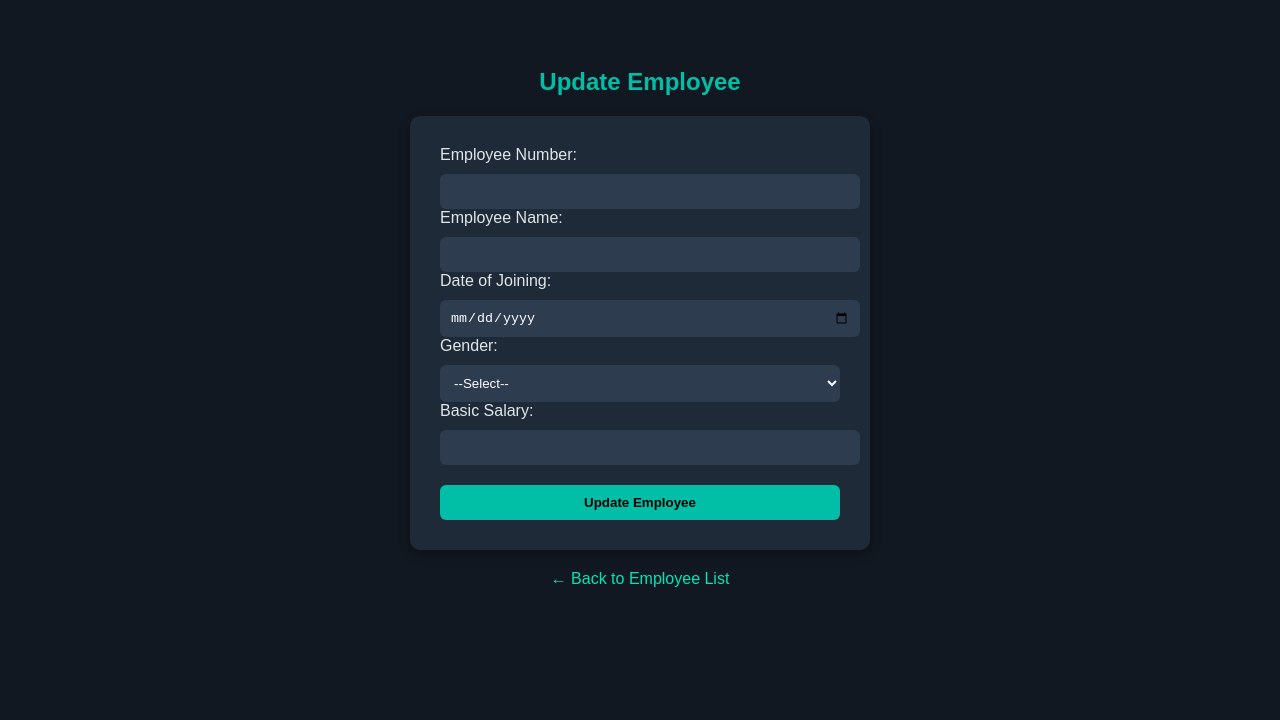
Repository: KUSUMA-74/Advance-JavaProject
Page: http://localhost/EmployeeWebApp/empupdate.jsp
The author's editor kept a copy of each file at every save. The page is drawn from the files as they stood at one save, then again after the next save.
The browser window is 1280 px wide. The pictures show the whole page.
The page is served by Tomcat 9. Other server files are loaded and not shown.

Above is the page before, as saved 2025-05-30 15:08:49.

### EmployeeWebApp/src/main/webapp/empupdate.jsp
<%@ page contentType="text/html;charset=UTF-8" language="java" %>
<!DOCTYPE html>
<html>
<head>
    <title>Update Employee</title>
    <style>
        body {
            background-color: #121821;
            color: #e0e6e9;
            font-family: Arial, sans-serif;
            padding: 40px;
            display: flex;
            flex-direction: column;
            align-items: center;
        }
        h2 {
            color: #00bfa6;
        }
        form {
            background-color: #1e2a38;
            padding: 30px;
            border-radius: 10px;
            box-shadow: 0 4px 12px rgba(0,0,0,0.3);
            width: 400px;
        }
        input, select {
            width: 100%;
            padding: 10px;
            margin-top: 10px;
            border: none;
            border-radius: 6px;
            background-color: #2e3c50;
            color: white;
        }
        input[type=submit] {
            background-color: #00bfa6;
            color: black;
            font-weight: bold;
            margin-top: 20px;
            cursor: pointer;
        }
        a {
            margin-top: 20px;
            color: #00e6b8;
            text-decoration: none;
        }
        p {
            margin-top: 20px;
        }
    </style>
</head>
<body>
    <h2>Update Employee</h2>

    <form action="UpdateEmployeeServlet" method="post">
        <label>Employee Number:</label>
        <input type="number" name="empno" required />

        <label>Employee Name:</label>
        <input type="text" name="empname" required />

        <label>Date of Joining:</label>
        <input type="date" name="doj" required />

        <label>Gender:</label>
        <select name="gender" required>
            <option value="">--Select--</option>
            <option value="Male">Male</option>
            <option value="Female">Female</option>
        </select>

        <label>Basic Salary:</label>
        <input type="number" step="0.01" name="bsalary" required />

        <input type="submit" value="Update Employee" />
    </form>

    <a href="empdisplay.jsp">← Back to Employee List</a>

    <%
        String message = request.getParameter("message");
        String error = request.getParameter("error");
        if (message != null) {
    %>
        <p style="color:#00e676;"><%= message %></p>
    <%
        } else if (error != null) {
    %>
        <p style="color:#ff5252;"><%= error %></p>
    <%
        }
    %>
</body>
</html>

After the next save:
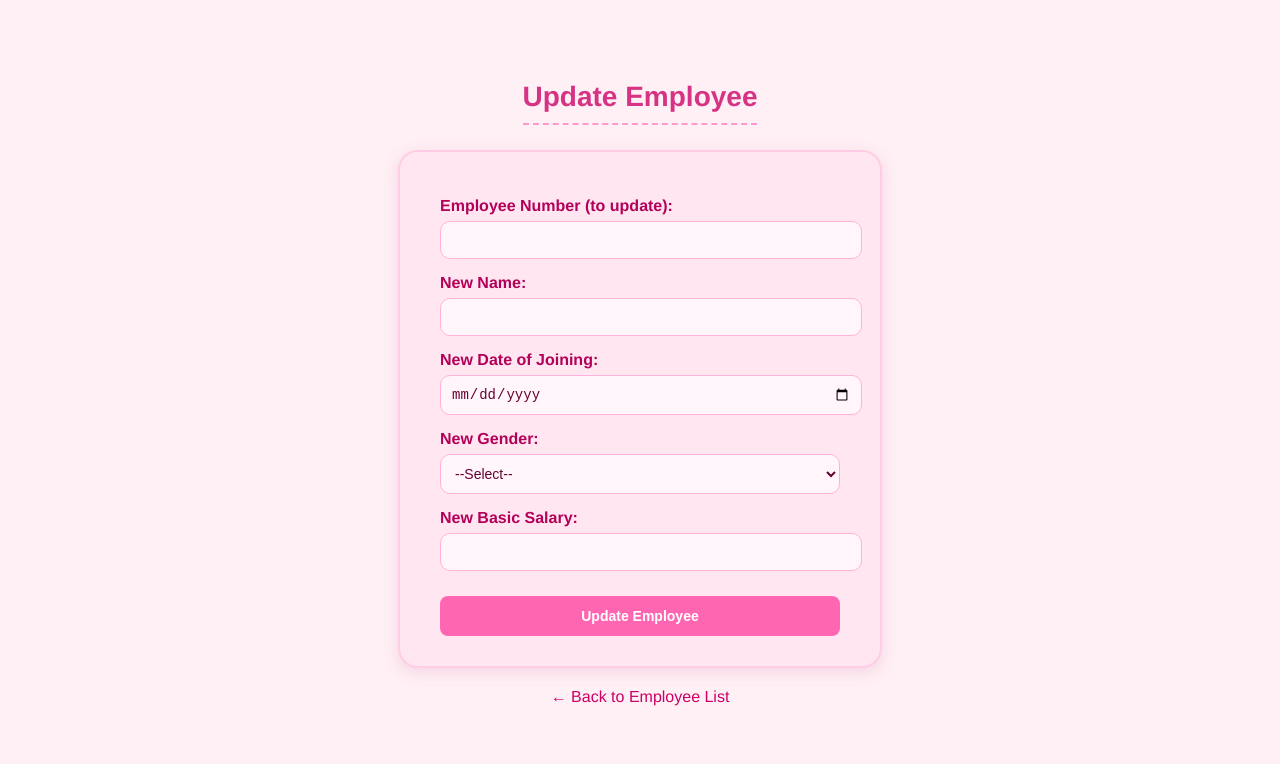
Saved 79 s later.
--- a/EmployeeWebApp/src/main/webapp/empupdate.jsp
+++ b/EmployeeWebApp/src/main/webapp/empupdate.jsp
@@ -5,47 +5,89 @@
     <title>Update Employee</title>
     <style>
         body {
-            background-color: #121821;
-            color: #e0e6e9;
-            font-family: Arial, sans-serif;
-            padding: 40px;
+            background-color: #fff0f5;
+            font-family: 'Helvetica Neue', Helvetica, Arial, sans-serif;
+            color: #4a004a;
             display: flex;
             flex-direction: column;
             align-items: center;
+            padding: 50px;
         }
+
         h2 {
-            color: #00bfa6;
+            color: #d63384;
+            margin-bottom: 25px;
+            font-size: 28px;
+            border-bottom: 2px dashed #ff99cc;
+            padding-bottom: 10px;
         }
+
         form {
-            background-color: #1e2a38;
-            padding: 30px;
-            border-radius: 10px;
-            box-shadow: 0 4px 12px rgba(0,0,0,0.3);
+            background-color: #ffe6f0;
+            border: 2px solid #ffcce6;
+            padding: 30px 40px;
+            border-radius: 20px;
+            box-shadow: 0 4px 15px rgba(200, 100, 150, 0.2);
             width: 400px;
         }
+
+        label {
+            display: block;
+            margin-top: 15px;
+            font-weight: bold;
+            color: #b30059;
+        }
+
         input, select {
             width: 100%;
             padding: 10px;
-            margin-top: 10px;
+            margin-top: 6px;
+            border: 1px solid #ffb3d9;
+            border-radius: 10px;
+            background-color: #fff5fa;
+            font-size: 14px;
+            color: #660033;
+        }
+
+        input[type=submit] {
+            margin-top: 25px;
+            background-color: #ff66b2;
+            color: white;
+            font-weight: bold;
             border: none;
-            border-radius: 6px;
-            background-color: #2e3c50;
-            color: white;
+            padding: 12px;
+            cursor: pointer;
+            border-radius: 8px;
+            transition: background-color 0.3s ease;
         }
-        input[type=submit] {
-            background-color: #00bfa6;
-            color: black;
-            font-weight: bold;
-            margin-top: 20px;
-            cursor: pointer;
+
+        input[type=submit]:hover {
+            background-color: #cc3385;
         }
+
         a {
             margin-top: 20px;
-            color: #00e6b8;
+            display: inline-block;
+            color: #cc0066;
             text-decoration: none;
+            font-weight: 500;
         }
+
+        a:hover {
+            text-decoration: underline;
+        }
+
         p {
             margin-top: 20px;
+            font-size: 15px;
+        }
+
+        .message {
+            color: #008000;
+        }
+
+        .error {
+            color: #cc0000;
         }
     </style>
 </head>
@@ -53,23 +95,23 @@
     <h2>Update Employee</h2>
 
     <form action="UpdateEmployeeServlet" method="post">
-        <label>Employee Number:</label>
+        <label>Employee Number (to update):</label>
         <input type="number" name="empno" required />
 
-        <label>Employee Name:</label>
+        <label>New Name:</label>
         <input type="text" name="empname" required />
 
-        <label>Date of Joining:</label>
+        <label>New Date of Joining:</label>
         <input type="date" name="doj" required />
 
-        <label>Gender:</label>
+        <label>New Gender:</label>
         <select name="gender" required>
             <option value="">--Select--</option>
             <option value="Male">Male</option>
             <option value="Female">Female</option>
         </select>
 
-        <label>Basic Salary:</label>
+        <label>New Basic Salary:</label>
         <input type="number" step="0.01" name="bsalary" required />
 
         <input type="submit" value="Update Employee" />
@@ -82,11 +124,11 @@
         String error = request.getParameter("error");
         if (message != null) {
     %>
-        <p style="color:#00e676;"><%= message %></p>
+        <p class="message"><%= message %></p>
     <%
         } else if (error != null) {
     %>
-        <p style="color:#ff5252;"><%= error %></p>
+        <p class="error"><%= error %></p>
     <%
         }
     %>
